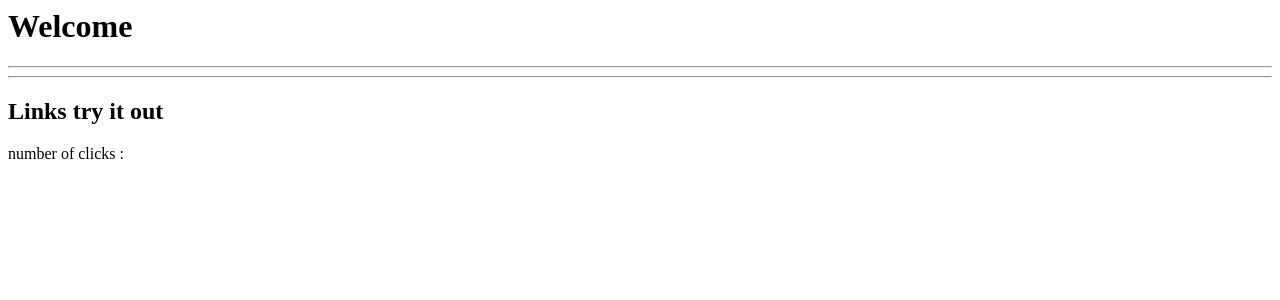
Repository: Ndifoinhilary/url_shortener
Page: http://localhost/
The author's editor kept a copy of each file at every save. The page is drawn from the files as they stood at one save, then again after the next save.
The browser window is 1280 px wide. The pictures show the whole page.
The page is served by the project's application, run on Django 4.2 (manage.py). Queries for data that is not in the repository find no rows.

Above is the page before, as saved 2024-02-25 18:21:07.

After the next save:
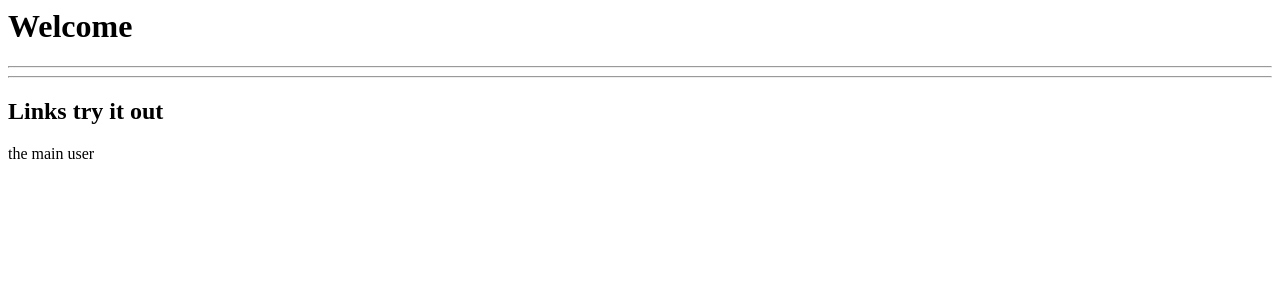
Saved 86 s later.
--- a/links/templates/links/index.html
+++ b/links/templates/links/index.html
@@ -4,7 +4,7 @@
 <ul>
 
     {% for link  in  links %}
-        <li>{{ link.name}}</li>
+        <li>{{ link.name}} | {{link.url}} <p>number of clicks : {{link.clicks}}</p></li>
     {% endfor %}
 
 
@@ -16,4 +16,6 @@
 <h2>Links try it out</h2>
 
 
-<p>number of clicks : {{link.clicks}}</p>
+
+
+<p>the main user</p>
